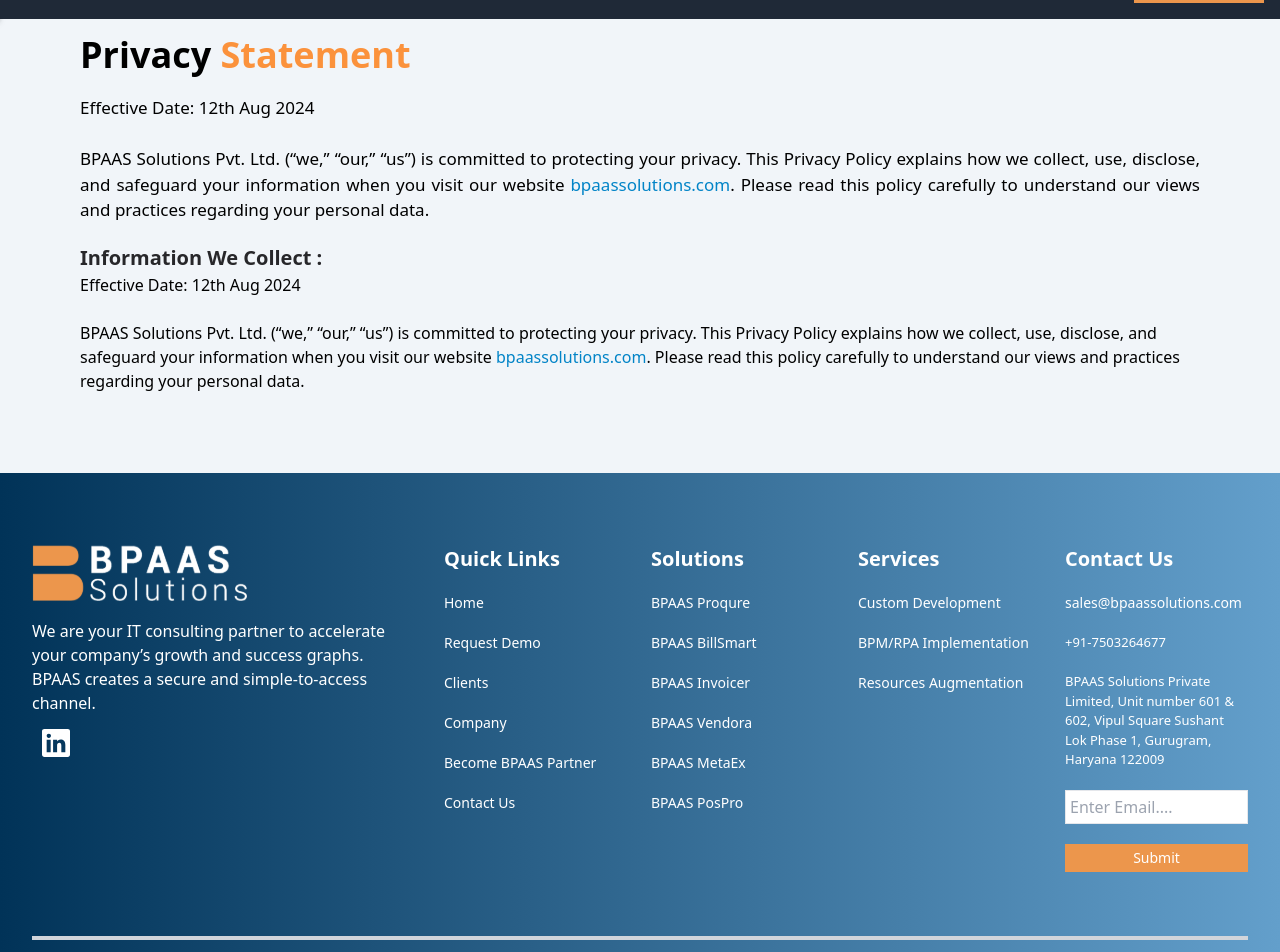
Repository: captainalpha/BP-Website
Page: /services/bp-services
The author's editor kept a copy of each file at every save. The page is drawn from the files as they stood at one save, then again after the next save.
The browser window is 1280 px wide. The pictures show the part of the page from y = 701 to 1653 px (the page is 1721 px tall before and 1741 px after).
The project was rebuilt for these pictures with package versions that can differ from the ones it lists, and the page was loaded fresh each time. The framework's server and built-in components were replaced by stand-ins that run in the browser. Also part of the build but not shown: next.config.js, components/common/TopBanner.js, components/common/SectionHeader.js.

Above is the page before, as saved 2024-08-13 15:21:18.

After the next save:
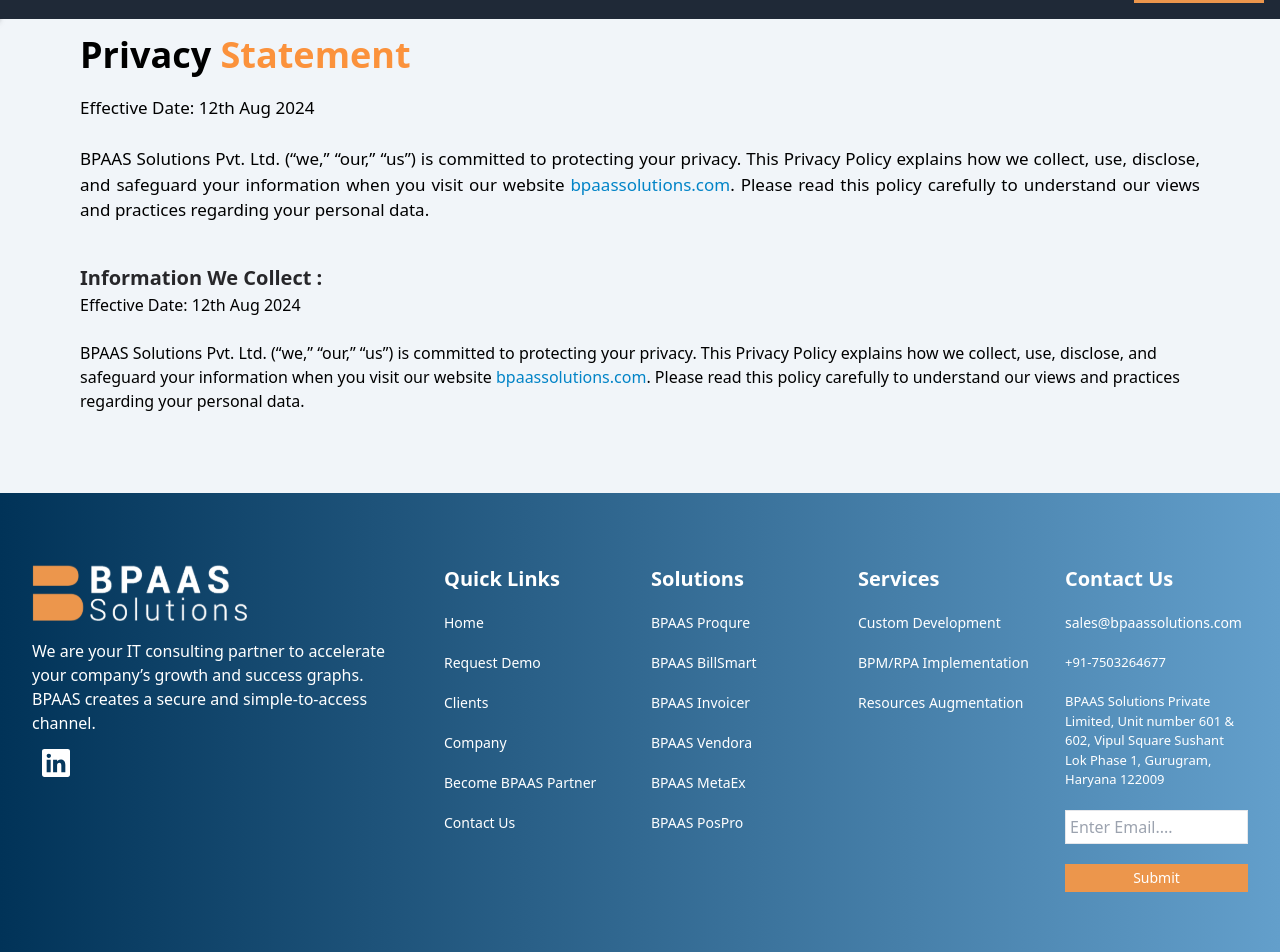
Saved 4 s later.
--- a/pages/services/bp-services.js
+++ b/pages/services/bp-services.js
@@ -50,7 +50,7 @@
               personal data.
             </p>
           </div>
-          <div className="mt-5">
+          <div className="mt-10">
             <h1 className="text-[20px] font-bold text-zinc-800">Information We Collect :</h1>
             <p>
               Effective Date: 12th Aug 2024 <br/><br/> BPAAS Solutions Pvt. Ltd. (“we,”
